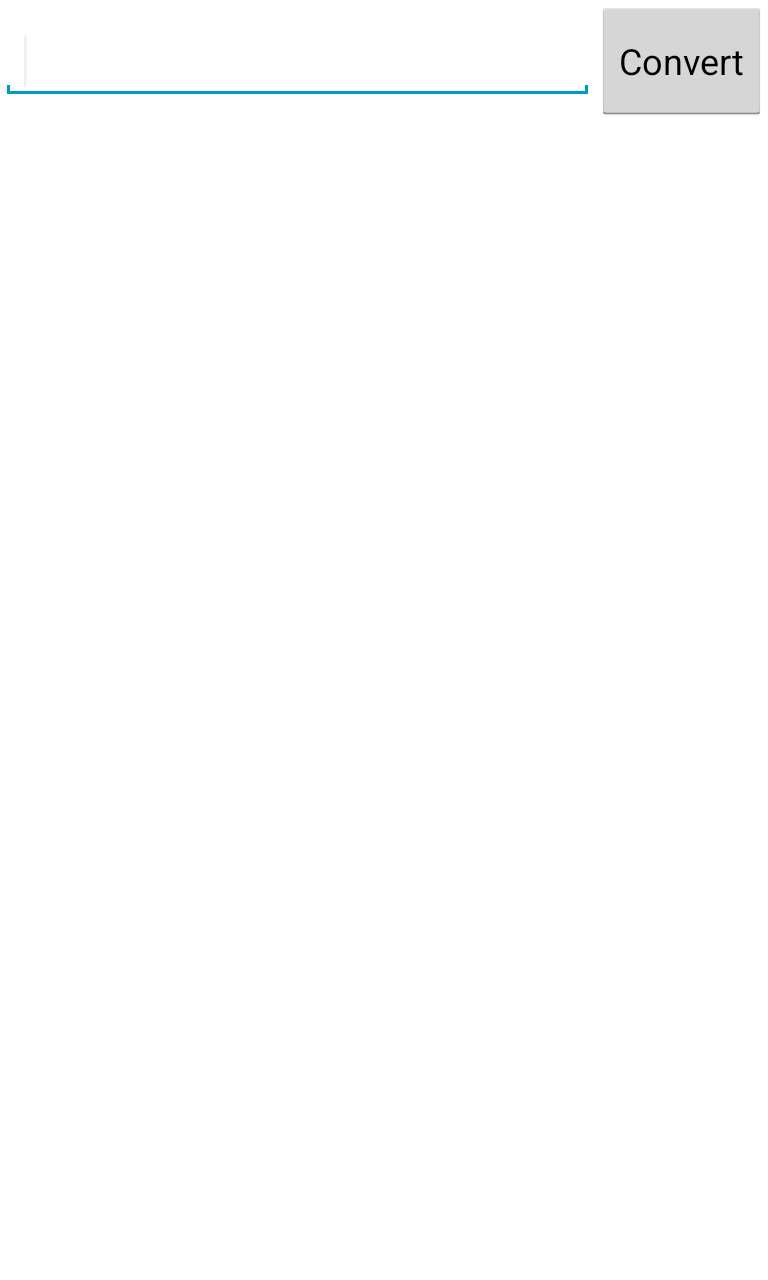
Repository: vinny1575/Java1
Layout: TempCalc20/res/layout/conversion.xml
An editor plug-in stored every save of this project. The layout is shown before and after the next save, followed by the edit.
It is drawn on a 768 x 1280 px phone screen (xhdpi) without system bars, with theme AppTheme; the app's code is not run.

Above is the layout before, as saved 2013-05-08 19:07:27.

After the next save:
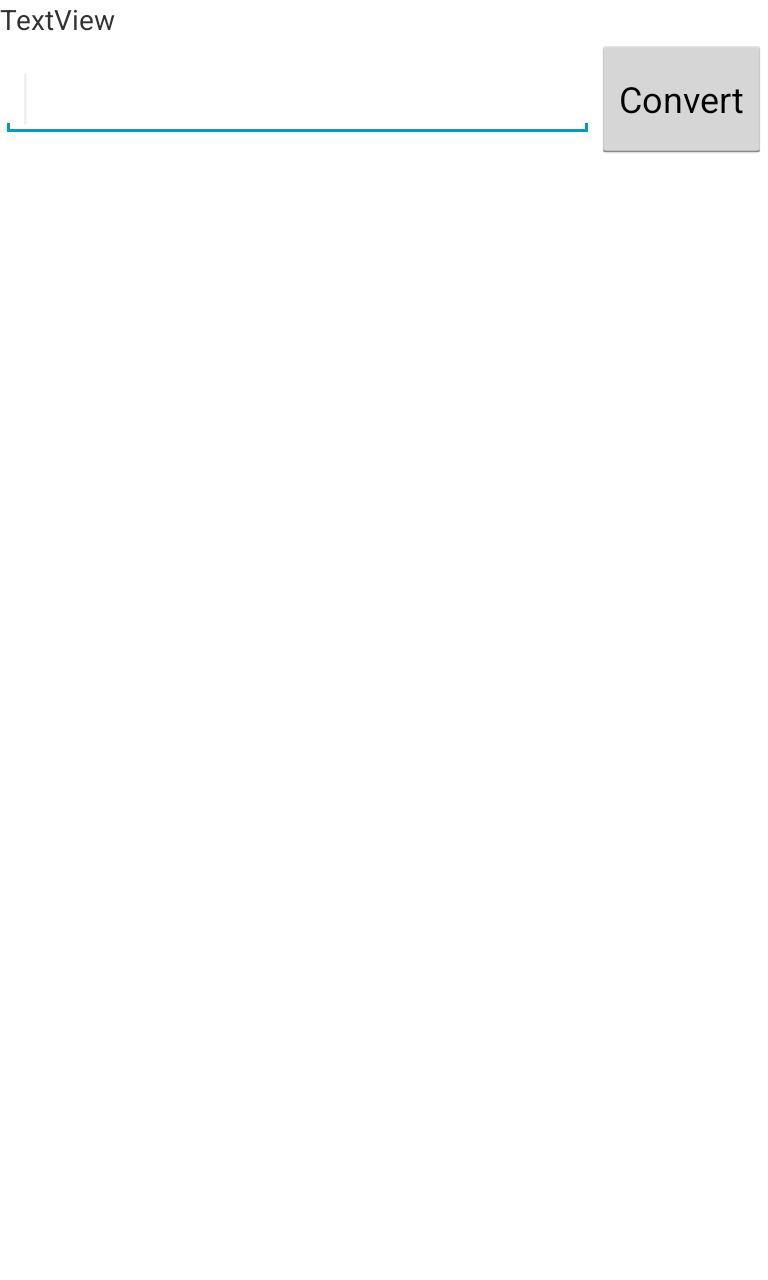
Saved 19 s later.
--- a/TempCalc20/res/layout/conversion.xml
+++ b/TempCalc20/res/layout/conversion.xml
@@ -3,6 +3,12 @@
     android:layout_width="match_parent"
     android:layout_height="match_parent"
     android:orientation="vertical" >
+
+    <TextView
+        android:id="@+id/textView1"
+        android:layout_width="wrap_content"
+        android:layout_height="wrap_content"
+        android:text="TextView" />
 
     <LinearLayout
         android:layout_width="match_parent"
